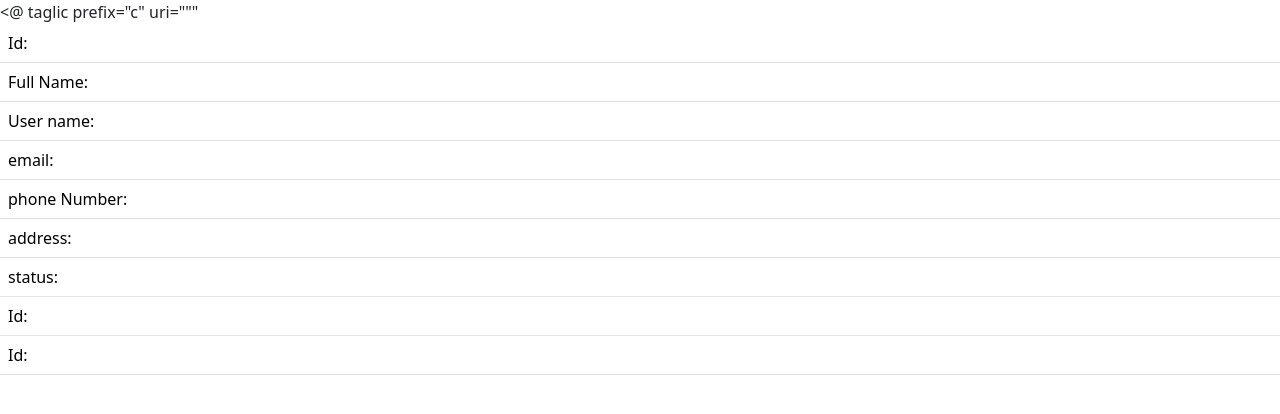
Repository: haitmq97/java-lab
Page: http://localhost/PRJ321x_Project1_haitmqfx22585/WEB-INF/views/user-details.jsp
These files come from the project's save history. The page is drawn as it stood at one moment and after the next save; the edit follows.
The browser window is 1280 px wide. The pictures show the whole page.
The page is served by Tomcat 9. Nobody is signed in. The template is opened directly, without the code that normally fills it, so the values that code supplies are empty.

Above is the page before, as saved 2024-01-16 16:48:57.

After the next save:
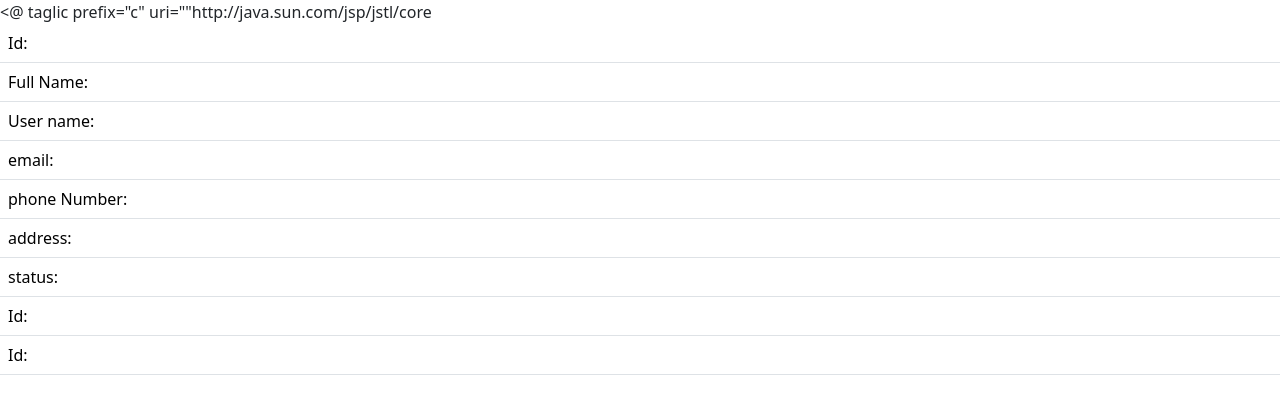
Saved 4 s later.
--- a/PRJ321x_Project1_haitmqfx22585/WebContent/WEB-INF/views/user-details.jsp
+++ b/PRJ321x_Project1_haitmqfx22585/WebContent/WEB-INF/views/user-details.jsp
@@ -1,6 +1,6 @@
 <%@ page language="java" contentType="text/html; charset=UTF-8"
     pageEncoding="UTF-8"%>
-    <@ taglic prefix="c" uri="""
+    <@ taglic prefix="c" uri=""http://java.sun.com/jsp/jstl/core
 <!DOCTYPE html>
 <html>
 <head>
